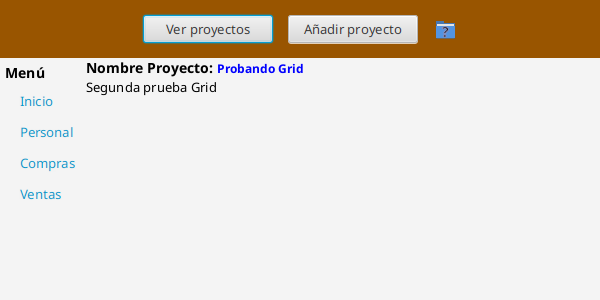
Repository: anxoportela/PROG
Program's window: java Java_Interfaz/ProyectoJavaFX/src/com/acarballeira/javaFX/ejemplo8/App.java
An editor plug-in stored every save of this project. The program's window is shown before and after the next save, followed by the edit.
It runs on Java 21 on a 1366 x 768 screen with JavaFX 11; the title bar is not drawn. It also reads Java_Interfaz/ProyectoJavaFX/src/com/acarballeira/javaFX/recursos/golf_ii.png, Java_Interfaz/ProyectoJavaFX/src/com/acarballeira/javaFX/recursos/icona_cartafol.

Above is the program's window before, as saved 2020-03-05 20:50:43.

### Java_Interfaz/ProyectoJavaFX/src/com/acarballeira/javaFX/ejemplo8/App.java
package com.acarballeira.javaFX.ejemplo8;

import java.io.InputStream;
import javafx.application.Application;
import javafx.geometry.Insets;
import javafx.geometry.Pos;
import javafx.scene.Scene;
import javafx.scene.control.Button;
import javafx.scene.control.Hyperlink;
import javafx.scene.control.Label;
import javafx.scene.image.Image;
import javafx.scene.image.ImageView;
import javafx.scene.layout.BorderPane;
import javafx.scene.layout.GridPane;
import javafx.scene.layout.HBox;
import javafx.scene.layout.Pane;
import javafx.scene.layout.StackPane;
import javafx.scene.layout.VBox;
import javafx.scene.paint.Color;
import javafx.scene.text.Font;
import javafx.scene.text.FontWeight;
import javafx.scene.text.Text;
import javafx.stage.Stage;

public class App extends Application {
	@Override
	public void start(Stage primaryStage) {

		primaryStage.setTitle("Ola Mundo!!!");

		BorderPane bp = new BorderPane();
		HBox hbox = (HBox) crearHbox();
		VBox vbox = (VBox) crearVbox();
		StackPane sp = (StackPane) crearStackPane();
		GridPane gp = (GridPane) crearGridPane();

		bp.setTop(hbox);
		bp.setLeft(vbox);
		hbox.setAlignment(Pos.CENTER);
		hbox.getChildren().add(sp);
		bp.setCenter(gp);

		Scene primaryScene = new Scene(bp, 600, 300, Color.AQUA);
		primaryStage.setScene(primaryScene);
		primaryStage.show();

	}

	private Pane crearGridPane() {
		GridPane grid = new GridPane();

		Text titulo = new Text("Nombre Proyecto: ");
		titulo.setFont(Font.font("Verdana", FontWeight.BOLD, 14));
		grid.add(titulo, 1, 0);

		Text nomeProx = new Text("Probando Grid");
		nomeProx.setFont(Font.font("Verdana", FontWeight.BOLD, 12));
		nomeProx.setFill(Color.BLUE);
		grid.add(nomeProx, 2, 0);

		Text entradilla = new Text("Segunda prueba Grid");
		grid.add(entradilla, 1,1,2,1);

		return grid;
	}

	private Pane crearStackPane() {
		StackPane stack = new StackPane();
		InputStream is = App.class.getResourceAsStream("/com/acarballeira/javaFX/recursos/icona_cartafol.png");
		Image img = new Image(is);
		ImageView imgV = new ImageView(img);
		imgV.setFitHeight(25);
		imgV.setFitWidth(25);

		Text ayuda = new Text("?");
		ayuda.setFont(Font.font("Verdana", FontWeight.BOLD, 14));
		ayuda.setFill(Color.BLACK);
		ayuda.setStroke(Color.web("#9090C0"));
		//ayuda.setStrokeWidth(2.5);
		stack.setMargin(ayuda, new Insets(5,0,0,0));
		stack.getChildren().add(imgV);
		stack.getChildren().add(ayuda);
		return stack;
	}

	private Pane crearHbox() {
		HBox hbox = new HBox();
		Button btn1 = new Button("Ver proyectos");
		Button btn2 = new Button("Añadir proyecto");
		hbox.setPadding(new Insets(15, 15, 15, 15));
		hbox.setSpacing(15);
		hbox.setStyle("-fx-background-color: #995500");
		btn1.setPrefSize(130, 25);
		btn2.setPrefSize(130, 25);
		hbox.getChildren().addAll(btn1, btn2);
		return hbox;
	}

	private Pane crearVbox() {
		VBox vbox = new VBox();
		vbox.setSpacing(5);
		vbox.setPadding(new Insets(5));
		Text titulo = new Text("Menú");
		titulo.setFont(Font.font("Arial", FontWeight.BOLD, 14));
		vbox.getChildren().add(titulo);

		Hyperlink [] opciones = new Hyperlink[] {
				new Hyperlink("Inicio"),
				new Hyperlink("Personal"),
				new Hyperlink("Compras"),
				new Hyperlink("Ventas"),
		};

		for (int i = 0; i < opciones.length; i++) {
			VBox.setMargin(opciones[i], new Insets(0,0,0,10));
			vbox.getChildren().add(opciones[i]);
		}

		return vbox;
	}

	public static void main(String[] args) {
		Application.launch();
	}
}

After the next save:
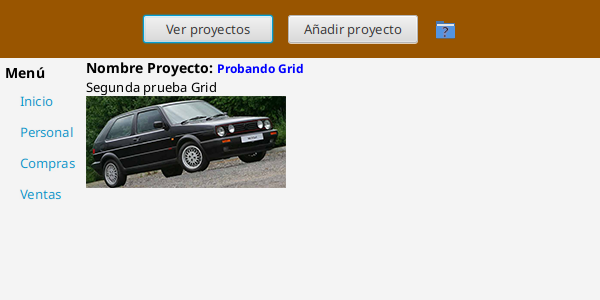
Saved 3 min 37 s later.
--- a/Java_Interfaz/ProyectoJavaFX/src/com/acarballeira/javaFX/ejemplo8/App.java
+++ b/Java_Interfaz/ProyectoJavaFX/src/com/acarballeira/javaFX/ejemplo8/App.java
@@ -49,17 +49,24 @@
 	private Pane crearGridPane() {
 		GridPane grid = new GridPane();
 
+		//Columna 2, Fila 1
 		Text titulo = new Text("Nombre Proyecto: ");
 		titulo.setFont(Font.font("Verdana", FontWeight.BOLD, 14));
 		grid.add(titulo, 1, 0);
 
+		//Columna 3, Fila 1
 		Text nomeProx = new Text("Probando Grid");
 		nomeProx.setFont(Font.font("Verdana", FontWeight.BOLD, 12));
 		nomeProx.setFill(Color.BLUE);
 		grid.add(nomeProx, 2, 0);
 
+		//Columna 2, Fila 2
 		Text entradilla = new Text("Segunda prueba Grid");
 		grid.add(entradilla, 1,1,2,1);
+
+		//Columna 1, Filas 1-3
+		ImageView imgView = new ImageView(new Image(App.class.getResourceAsStream("/com/acarballeira/javaFX/recursos/golf_ii.png")));
+		grid.add(imgView, 1, 2, 2, 1);
 
 		return grid;
 	}
